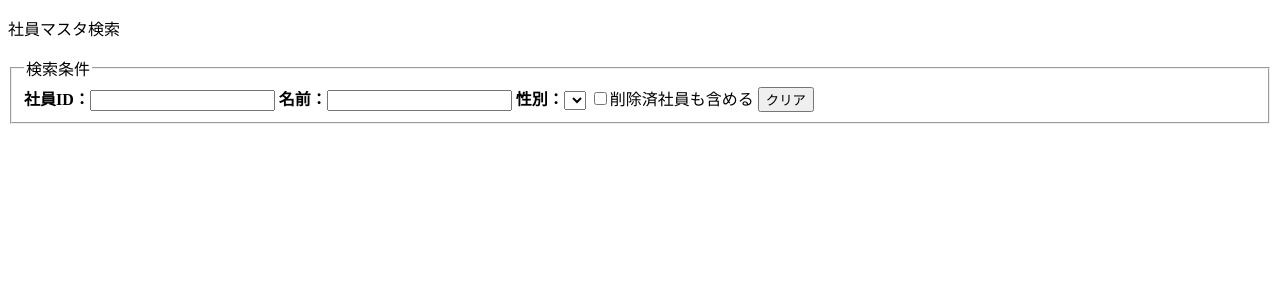
Repository: nguyenvantandev/WebApp
Page: http://localhost/EmployeeInfoSystem/
These files come from the project's save history. The page is drawn as it stood at one moment and after the next save; the edit follows.
The browser window is 1280 px wide. The pictures show the whole page.
The page is served by Tomcat 9.

Above is the page before, as saved 2016-05-27 09:16:52.

After the next save:
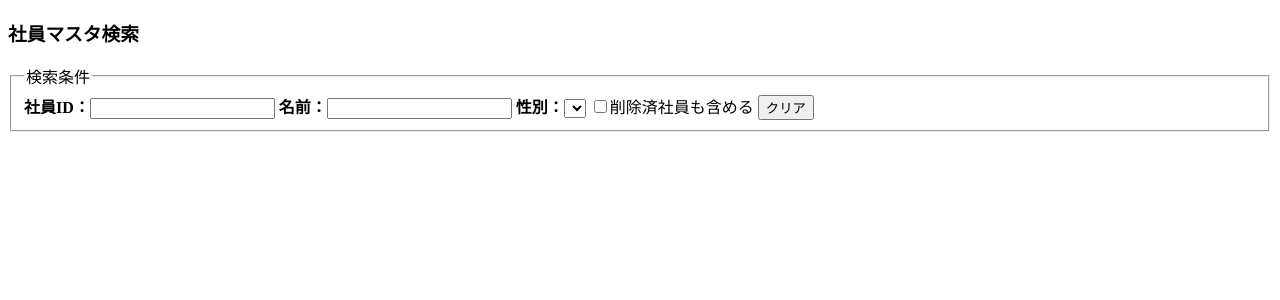
Saved 23 s later.
--- a/EmployeeInfoSystem/WebContent/EmployeeSearch.jsp
+++ b/EmployeeInfoSystem/WebContent/EmployeeSearch.jsp
@@ -9,7 +9,7 @@
 <body>
 <form action="">
 <div>
-<p>社員マスタ検索</p>
+<h3><b>社員マスタ検索</b></h3>
 <fieldset>
 <legend>検索条件</legend>
 <label><b>社員ID：</b></label><input type="text" id="shain_ID" name="shain_id">
